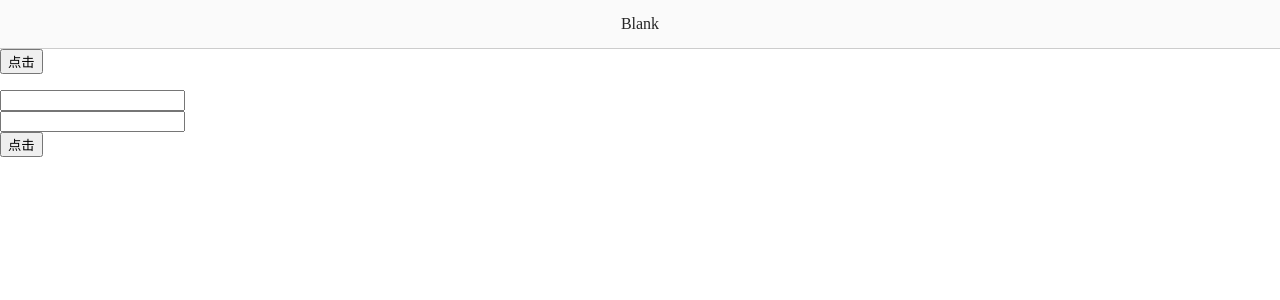
Repository: andycj7/-
Page: web/test2/index.html
An editor plug-in stored every save of this project. The page is shown before and after the next save, followed by the edit.
The browser window is 1280 px wide. The pictures show the whole page.
After loading, the first visible `#b_1` was clicked once.

Above is the page before, as saved 2020-07-15 01:44:26.

### web/test2/index.html
<html>

<head>
<meta charset="utf-8">
<meta name="viewport"
	content="initial-scale=1, maximum-scale=1, user-scalable=no, width=device-width">
<title>Blank</title>
<link rel="stylesheet" href="css/base.css">
</head>

<body id = "bd_1">
	<div class="title">Blank</div>
	<div class="line"></div>
	<button id = "b_1" onclick="add_control()">点击</button>
	<p id = 'p_1'></p>
</body>
<script>

function add_control(){

	var input_1 = document.createElement("input");
	input_1.id = "i_1";
	var input_2 = document.createElement("input");
	input_2.id = "i_2";
	var br_1 = document.createElement("br");
	var br_2 = document.createElement("br");
	var button_2 = document.createElement("button");
	button_2.innerHTML = "点击";
	button_2.onclick = (() => document.getElementById("i_1").value + document.getElementById("i_2").value);

	var bd_1 = document.getElementById("bd_1");
	bd_1.appendChild(input_1);
	bd_1.appendChild(br_2);
	bd_1.appendChild(input_2);
	bd_1.appendChild(br_1);
	bd_1.appendChild(button_2);

}

</script>
</html>

### web/test2/css/base.css
@charset "UTF-8";

body {
	margin: 0;
}

.title {
	height: 48px;
	font-size: 16px;
	line-height: 48px;
	text-align: center;
	color: rgba(0, 0, 0, .85);
	background-color: #fafafa;
}

.line {
	width: 100%;
	height: 1px;
	background-color: rgb(204, 204, 204);
}

After the next save:
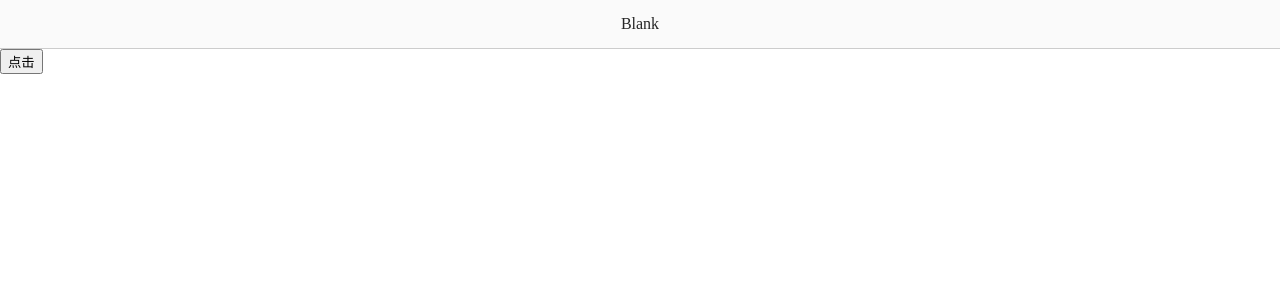
Console error: TypeError: Cannot read properties of null (reading 'value')
Saved 2 min 12 s later.
--- a/web/test2/index.html
+++ b/web/test2/index.html
@@ -16,6 +16,12 @@
 </body>
 <script>
 
+function plus(){
+
+	var result = document.getElementById("i_1").value + document.getElementById("i_2").value;
+
+}
+
 function add_control(){
 
 	var input_1 = document.createElement("input");
@@ -26,7 +32,7 @@
 	var br_2 = document.createElement("br");
 	var button_2 = document.createElement("button");
 	button_2.innerHTML = "点击";
-	button_2.onclick = (() => document.getElementById("i_1").value + document.getElementById("i_2").value);
+	button_2.onclick = (plus());
 
 	var bd_1 = document.getElementById("bd_1");
 	bd_1.appendChild(input_1);

After the 2 saves that followed:
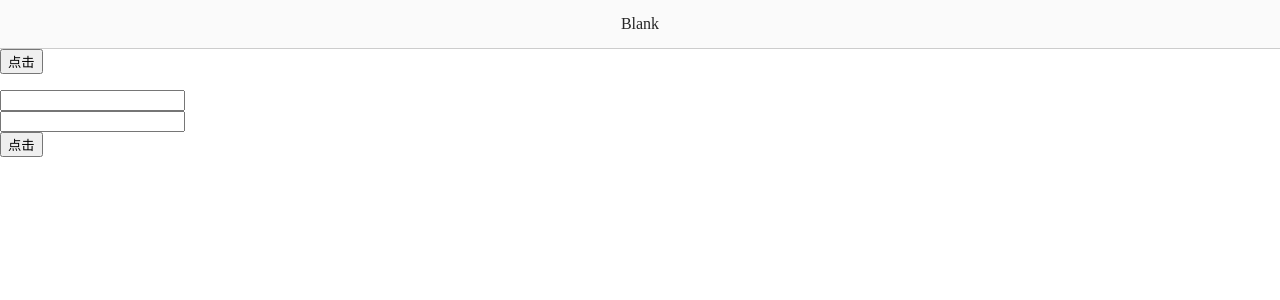
The error is gone.
The 2 saves are shown as one change because 1 left the picture as it was.
The last was saved 89 s later.
--- a/web/test2/index.html
+++ b/web/test2/index.html
@@ -19,7 +19,7 @@
 function plus(){
 
 	var result = document.getElementById("i_1").value + document.getElementById("i_2").value;
-
+	document.getElementById("p_1").innerHTML = result;
 }
 
 function add_control(){
@@ -32,7 +32,7 @@
 	var br_2 = document.createElement("br");
 	var button_2 = document.createElement("button");
 	button_2.innerHTML = "点击";
-	button_2.onclick = (plus());
+	button_2.onclick = plus;
 
 	var bd_1 = document.getElementById("bd_1");
 	bd_1.appendChild(input_1);
